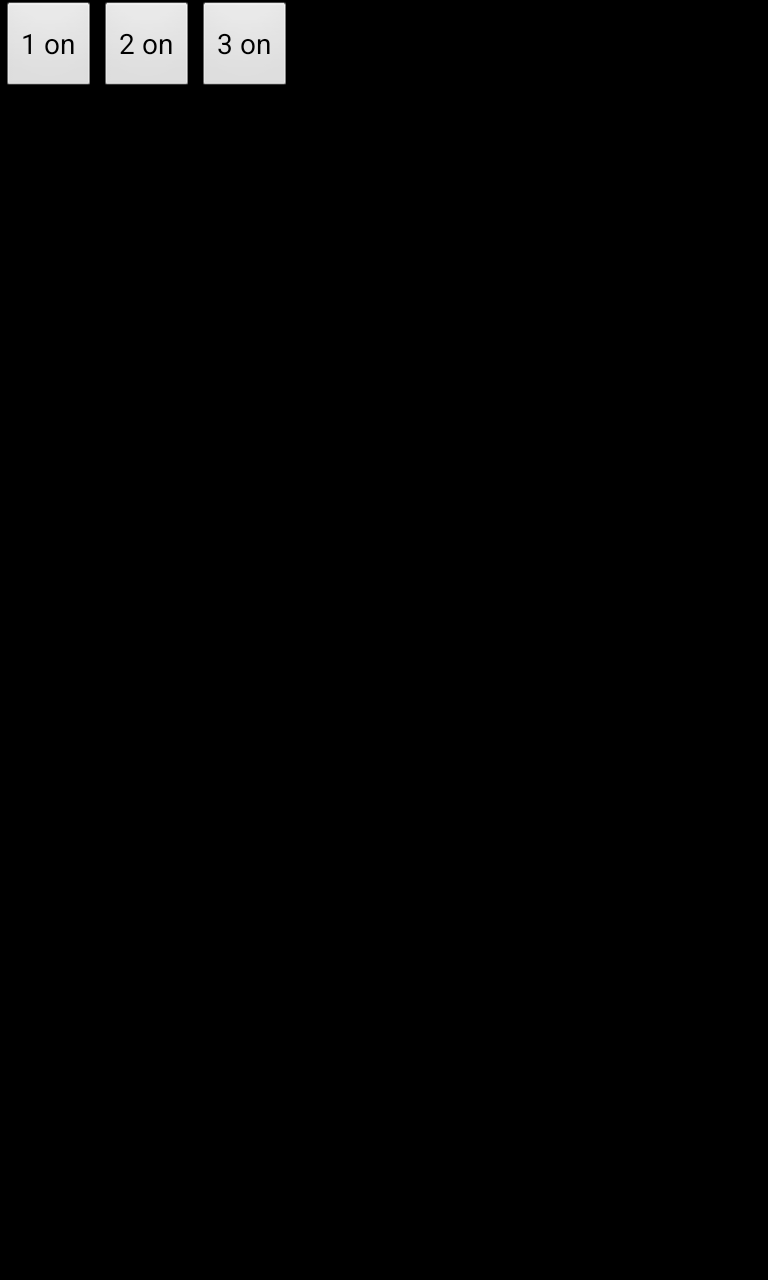
Repository: andrewmacquarrie/BoardTests
Layout: BoardTest/res/layout/main.xml
An editor plug-in stored every save of this project. The layout is shown before and after the next save, followed by the edit.
It is drawn on a 768 x 1280 px phone screen (xhdpi) without system bars, with theme android:Theme; the app's code is not run.

Above is the layout before, as saved 2011-03-29 12:33:10.

After the next save:
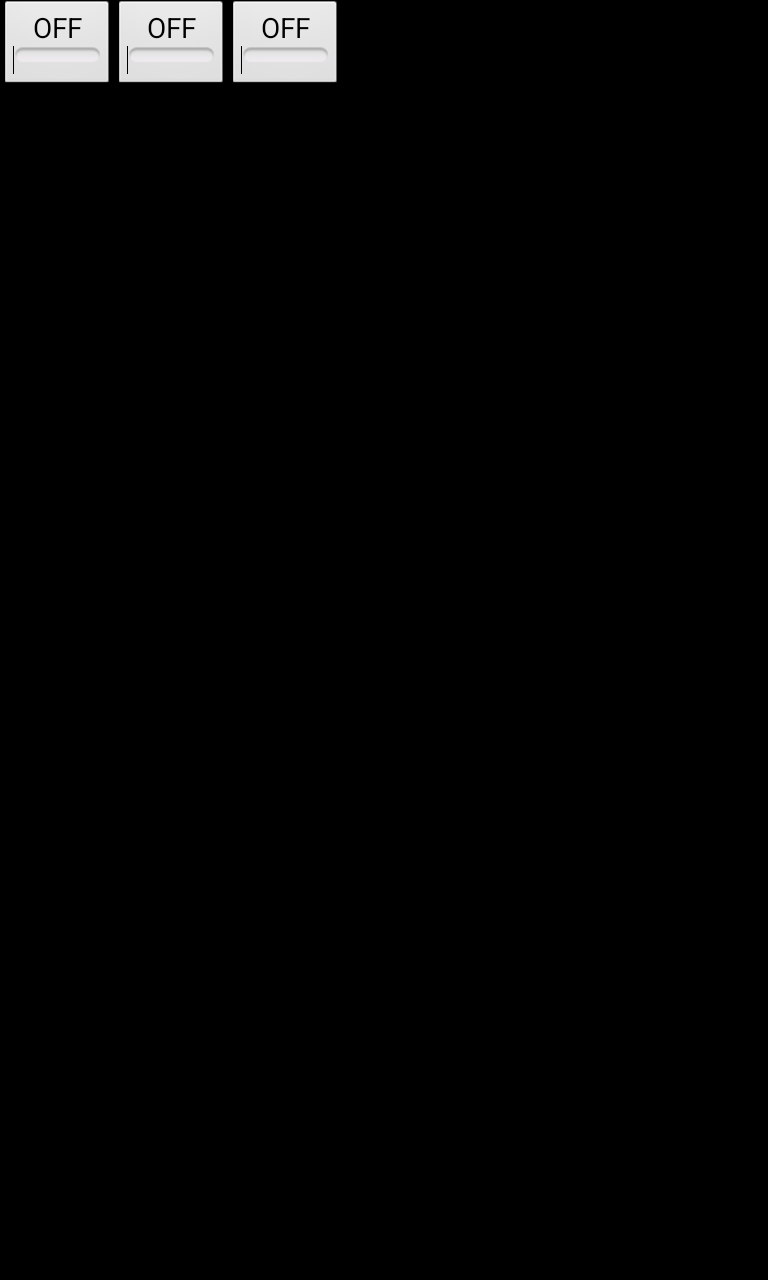
Saved 5 min 37 s later.
--- a/BoardTest/res/layout/main.xml
+++ b/BoardTest/res/layout/main.xml
@@ -4,17 +4,18 @@
     android:layout_width="fill_parent"
     android:layout_height="fill_parent"
     >
-<Button
+<ToggleButton
      android:layout_height="wrap_content"
      android:layout_width="wrap_content"
      android:text="@string/oneOn"
-     android:onClick="setOne" />
-<Button
+     android:tag="1"
+     android:onClick="toggle" />
+<ToggleButton
      android:layout_height="wrap_content"
      android:layout_width="wrap_content"
      android:text="@string/twoOn"
      android:onClick="setTwo" />
-<Button
+<ToggleButton
      android:layout_height="wrap_content"
      android:layout_width="wrap_content"
      android:text="@string/threeOn"
